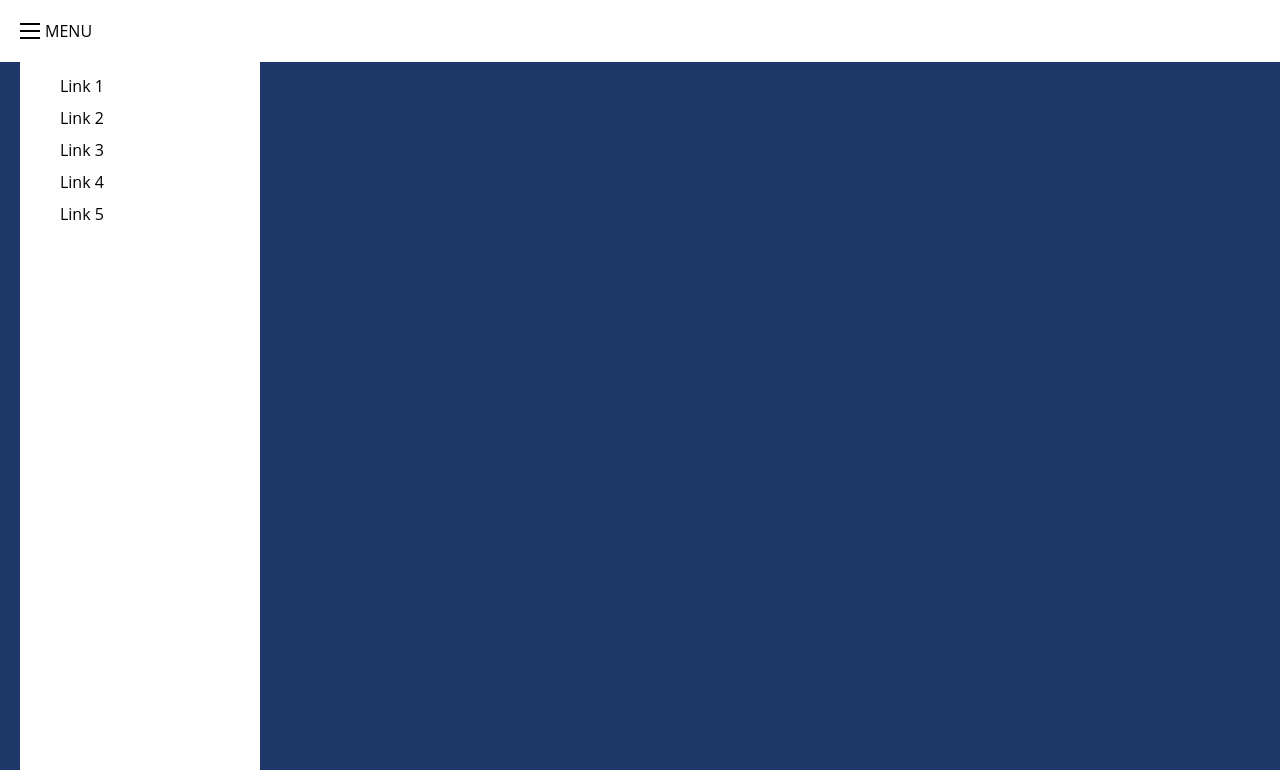
Repository: magdaf41/jQuery
Page: zadanie 5/index.html
The author's editor kept a copy of each file at every save. The page is drawn from the files as they stood at one save, then again after the next save.
The browser window is 1280 px wide. The pictures show the whole page.

Above is the page before, as saved 2020-09-10 22:22:24.

### zadanie 5/index.html
<!DOCTYPE html>
<html lang="en">

<head>
    <meta charset="UTF-8">
    <meta name="viewport" content="width=device-width, initial-scale=1.0">
    <title>Nawigacja</title>

    <link rel="stylesheet" href="css/style.css">
</head>

<body>

    <div class="out-animation-wrapper">
        <nav class="main-nav">
            <div class="hamburger">
                <div class="hamburger-lines">
                    <span class="hamburger-line"></span>
                    <span class="hamburger-line"></span>
                    <span class="hamburger-line"></span>
                </div>
                <span class="menu-text">Menu</span>
            </div>

            <ul class="main-menu">
                <li class="main-menu-item"><a href="https://akademia108.pl">Link 1</a></li>
                <li class="main-menu-item"><a href="https://google.com">Link 2</a></li>
                <li class="main-menu-item"><a href="https://onet.pl">Link 3</a></li>
                <li class="main-menu-item"><a href="">Link 4</a></li>
                <li class="main-menu-item"><a href="">Link 5</a></li>
            </ul>
        </nav>



    </div>
    <script src="https://code.jquery.com/jquery-3.5.1.min.js"
        integrity="sha256-9/aliU8dGd2tb6OSsuzixeV4y/faTqgFtohetphbbj0=" crossorigin="anonymous"></script>

    <script src="js/main.js"></script>
</body>

</html>

### zadanie 5/css/style.css
* {
    box-sizing: border-box;
}

body {
    background-color: #1e3768;
    font-family: 'Open Sans', sans-serif;
    margin: 0;
}

.main-nav {
    background-color: #fff;
    padding: 20px;
}

.hamburger {
    width: 150px;
    display: flex;
    align-items: center;
    cursor: pointer;
}

.hamburger .hamburger-lines {
    display: flex;
    width: 20px;
    flex-wrap: wrap;
    height: 1em;
    align-content: space-between;
}

.hamburger .hamburger-line {
    height: 2px;
    background-color: #000;
    display: block;
    width: 20px;

}

.hamburger .menu-text {
    margin-left: 5px;
    text-transform: uppercase;
}

.main-menu {
    position: absolute;
    top: 50px;
    left: -240;
    background-color: #fff;
    width: 240px;
    margin: 0;
    height: 100%;
    padding-top: 20px;
    list-style-type: none;
    transition: all .4s;
}

.main-menu .main-menu-item {
    padding: 5px 0;
}

.main-menu .main-menu-item a {
    color: inherit;
    text-decoration: none;
    transition: all .3s;
}

.main-menu .main-menu-item a:hover {
    text-decoration: underline;
}

Loaded but not shown: zadanie 5/js/main.js (no stored copy; drawn as an empty file)

After the next save:
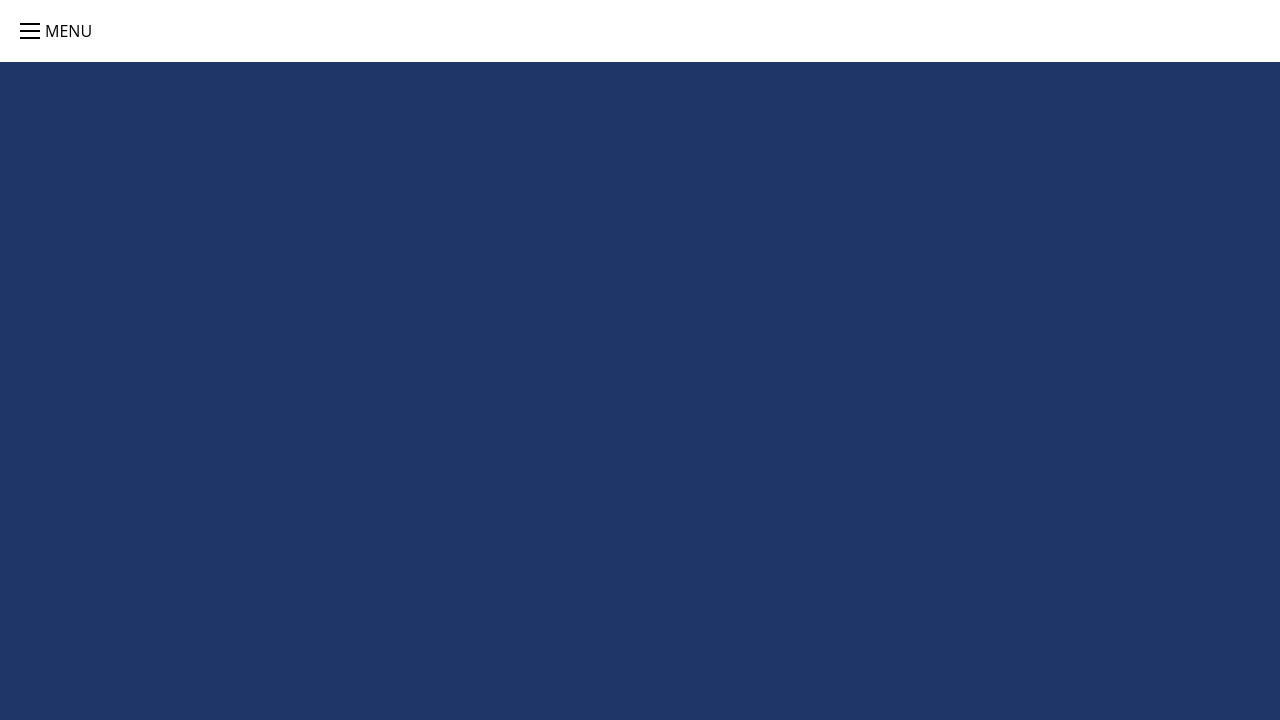
Saved 9 s later.
--- a/zadanie 5/css/style.css
+++ b/zadanie 5/css/style.css
@@ -44,7 +44,7 @@ body {
 .main-menu {
     position: absolute;
     top: 50px;
-    left: -240;
+    left: -240px;
     background-color: #fff;
     width: 240px;
     margin: 0;
